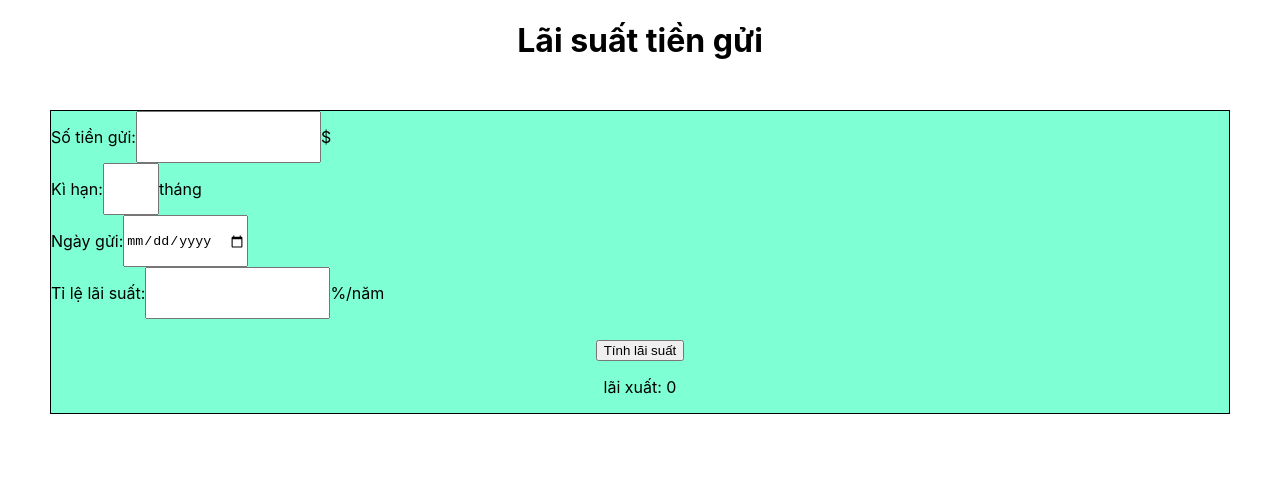
Repository: Trinvm1997/ReactExercise
Page: / (app in interest_rate/)
The author's editor kept a copy of each file at every save. The page is drawn from the files as they stood at one save, then again after the next save.
The browser window is 1280 px wide. The pictures show the whole page.
The project was rebuilt for these pictures with package versions that can differ from the ones it lists, and the page was loaded fresh each time.

Above is the page before, as saved 2020-12-24 10:15:40.

After the next save:
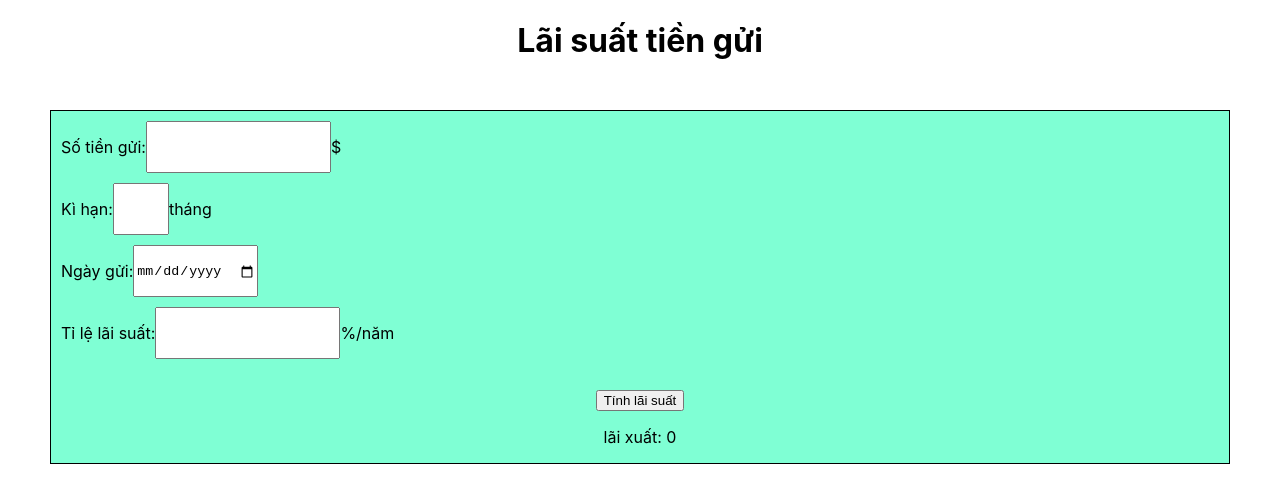
Saved 6 s later.
--- a/interest_rate/src/App.css
+++ b/interest_rate/src/App.css
@@ -49,5 +49,5 @@ form {
 
 form div {
   display: flex;
-  margin: auto;
+  margin: 10px;
 }
